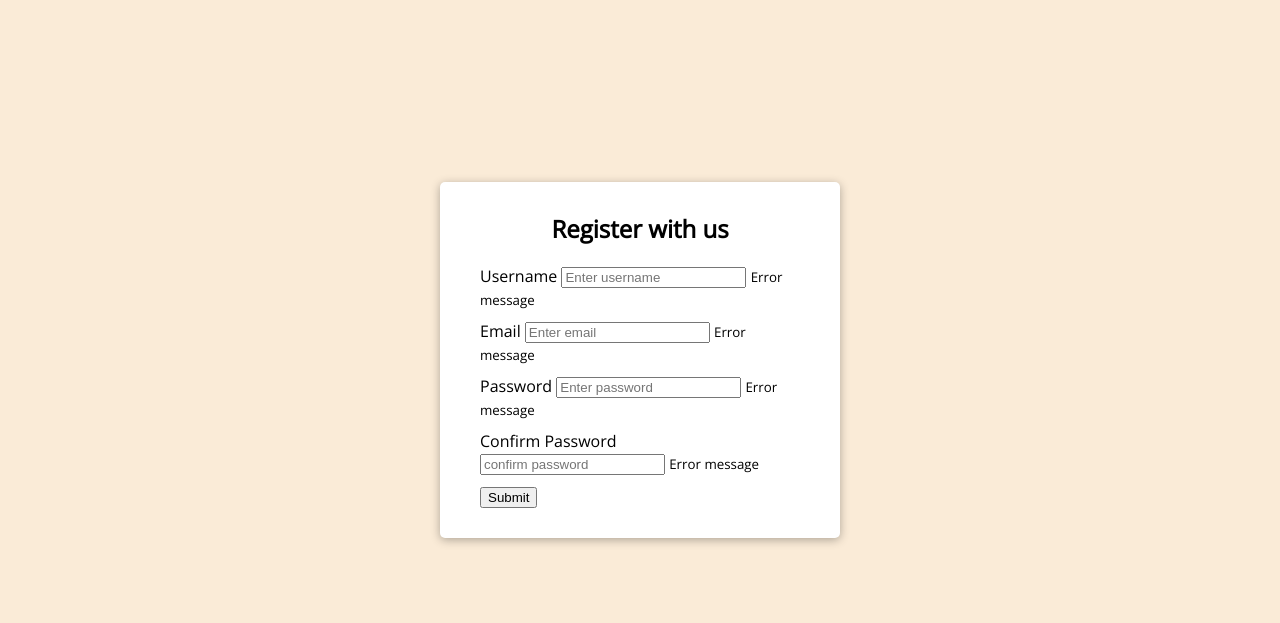
Repository: Azariagmt/Vanilla-javascript
Page: Form-Validator/index.html
The author's editor kept a copy of each file at every save. The page is drawn from the files as they stood at one save, then again after a run of saves.
The browser window is 1280 px wide. The pictures show the whole page.

Above is the page before, as saved 2020-04-20 09:40:39.

### Form-Validator/index.html
<!DOCTYPE html>
<!--[if lt IE 7]>      <html class="no-js lt-ie9 lt-ie8 lt-ie7"> <![endif]-->
<!--[if IE 7]>         <html class="no-js lt-ie9 lt-ie8"> <![endif]-->
<!--[if IE 8]>         <html class="no-js lt-ie9"> <![endif]-->
<!--[if gt IE 8]><!--> <html class="no-js"> <!--<![endif]-->
    <head>
        <meta charset="utf-8">
        <meta http-equiv="X-UA-Compatible" content="IE=edge">
        <title>Form Validator</title>
        <meta name="description" content="">
        <meta name="viewport" content="width=device-width, initial-scale=1">
        <link rel="stylesheet" href="style.css">
    </head>
    <body>
        <!--[if lt IE 7]>
            <p class="browsehappy">You are using an <strong>outdated</strong> browser. Please <a href="#">upgrade your browser</a> to improve your experience.</p>
        <![endif]-->

        <div class="container">
            <form action="" id="form" class="form">
                <h2> Register with us   </h2>
                <div class="form-control">
                    <label for="username">Username</label>
                    <input type="text" id="username" placeholder="Enter username">
                    <small> Error message</small>
                </div>
                <div class="form-control">
                    <label for="email">Email</label>
                    <input type="text" id="email" placeholder="Enter email">
                    <small> Error message</small>
                </div>
                <div class="form-control">
                    <label for="password">Password</label>
                    <input type="password" id="password" placeholder="Enter password">
                    <small> Error message</small>
                </div>
                <div class="form-control">
                    <label for="confirm">Confirm Password</label>
                    <input type="password" id="confirm" placeholder="confirm password">
                    <small> Error message</small>
                </div>
                <button>Submit</button>
            </form>
        </div>
        <script src="script.js" async defer></script>
    </body>
</html>

### Form-Validator/style.css
@import url('https://fonts.googleapis.com/css2?family=Open+Sans:wght@300&display=swap');

*{
    box-sizing: border-box;
}

body{
    background-color: antiquewhite;
    font-family: 'Open Sans', sans-serif;
    display: flex;
    align-items: center;
    justify-content: center;
    min-height: 100vh;
    margin: 0;
}

.container{
    background-color:white;
    border-radius: 5px;
    box-shadow: 0 2px 10px rgba(0, 0, 0, .3);
    width: 400px;
}

h2{
    text-align: center;
    margin: 0 0 20px;
}

.form{
    padding: 30px 40px;
}

.form-control{
    margin-bottom: 10px;
    padd
}

Loaded but not shown: Form-Validator/script.js (no copy from this time; the picture is the same without it)

After the next 3 saves:
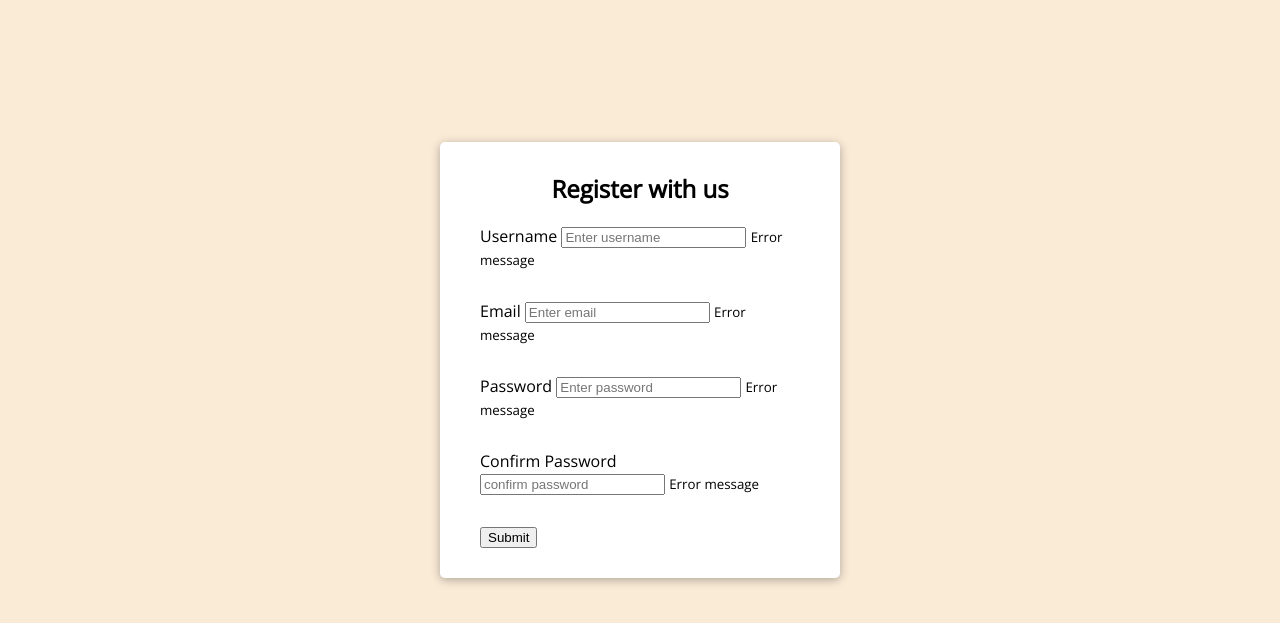
The 3 saves are shown as one change because they came seconds apart.
The last was saved 11 s later.
--- a/Form-Validator/style.css
+++ b/Form-Validator/style.css
@@ -32,5 +32,6 @@ h2{
 
 .form-control{
     margin-bottom: 10px;
-    padd
+    padding-bottom: 20px;
+    position: relative;
 }
